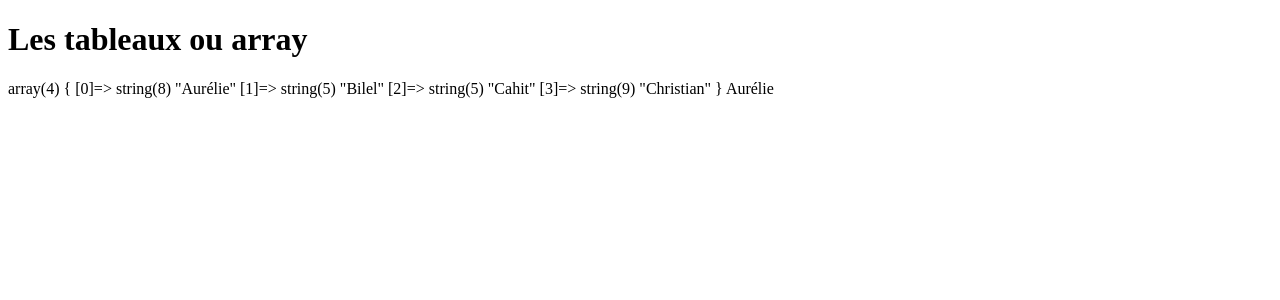
Repository: QuentinFayt/base-php-2021
Page: http://localhost/les_arrays.php
The author's editor kept a copy of each file at every save. The page is drawn from the files as they stood at one save, then again after the next save.
The browser window is 1280 px wide. The pictures show the whole page.
The page is run by PHP 8.4 with error messages shown; the project is at /var/www/html/.

Above is the page before, as saved 2021-07-07 11:27:02.

After the next save:
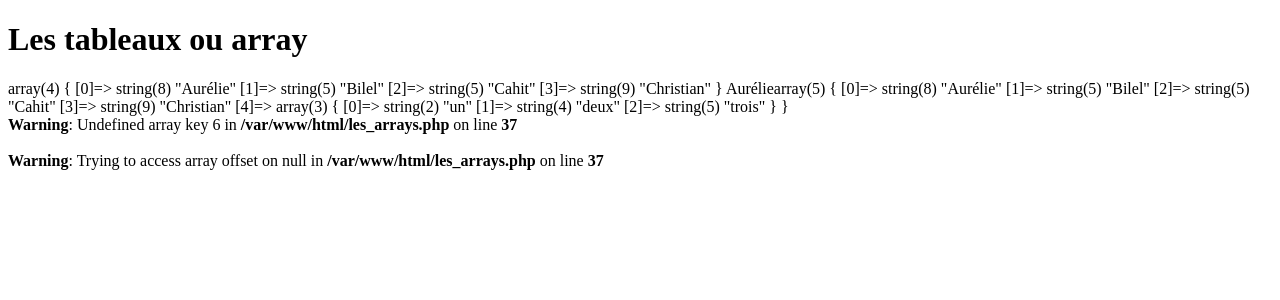
Saved 3 min 49 s later.
--- a/les_arrays.php
+++ b/les_arrays.php
@@ -19,6 +19,23 @@
         var_dump($eleves);
 
         echo $eleves[0];
+
+        $eleves2 = [
+            "Aurélie",
+            "Bilel",
+            "Cahit",
+            "Christian",
+                [
+                    "un",
+                    "deux",
+                    "trois",
+                ]
+        ];
+
+        var_dump($eleves2);
+
+        echo $eleves2[6][0];
+
     ?>
 </body>
 </html>
